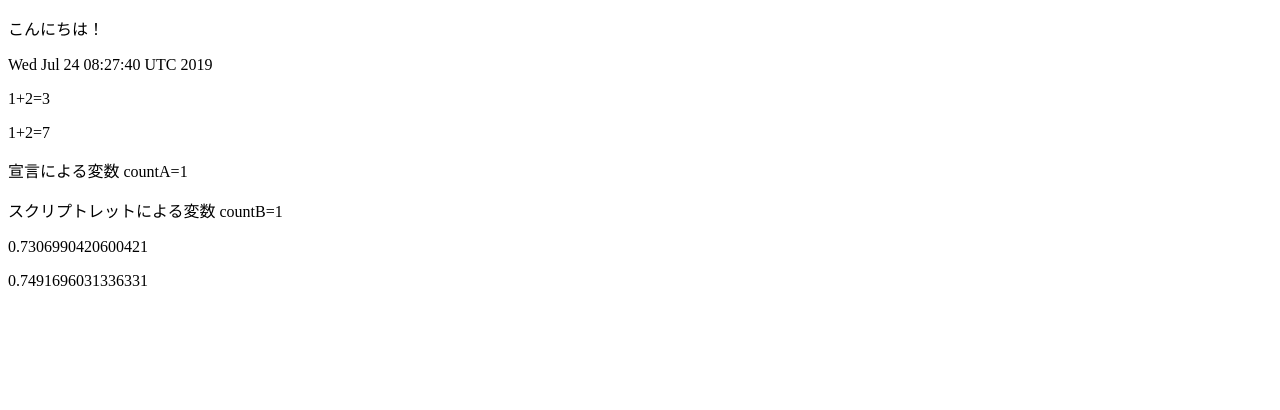
Repository: 0702tk/test
Page: http://localhost/HelloJSP/
The author's editor kept a copy of each file at every save. The page is drawn from the files as they stood at one save, then again after the next save.
The browser window is 1280 px wide. The pictures show the whole page.
The page is served by Tomcat 9.

Above is the page before, as saved 2019-07-25 02:05:09.

After the next save:
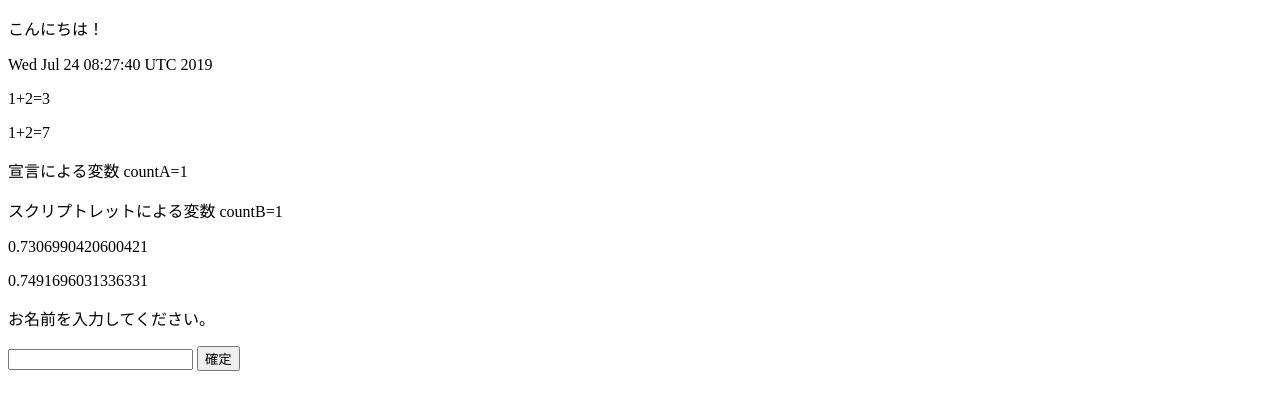
Saved 8 min 36 s later.
--- a/HelloJSP/WebContent/index.jsp
+++ b/HelloJSP/WebContent/index.jsp
@@ -30,5 +30,11 @@
 
 	<p><% out.println(Math.random()); %></p>
 	<p><%=Math.random() %></p>
+
+	<p>お名前を入力してください。</p>
+	<form method="post" action="greenting-out.jsp">
+		<input type="text" name=""user">
+		<input type="submit" value="確定">
+	</form>
 </body>
 </html>
